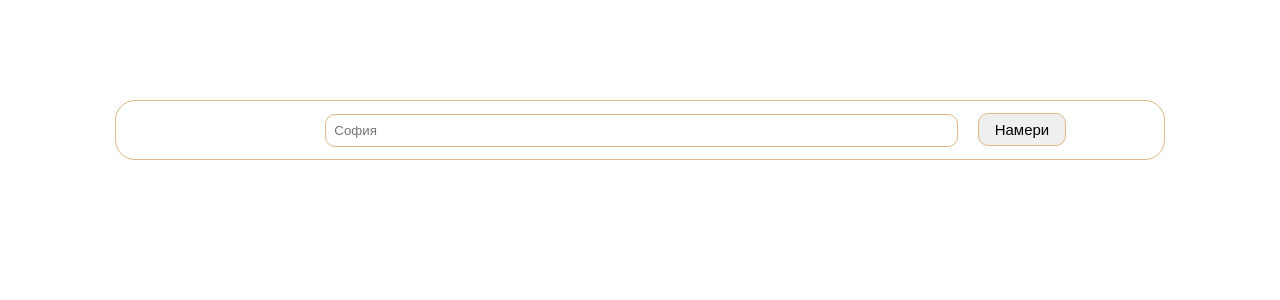
Repository: GeryZlatev/address-search
Page: /
An editor plug-in stored every save of this project. The page is shown before and after the next save, followed by the edit.
The browser window is 1280 px wide. The pictures show the whole page.
The project was rebuilt for these pictures with package versions that can differ from the ones it lists, and the page was loaded fresh each time.

Above is the page before, as saved 2021-04-09 21:20:06.

### public/index.html
<!DOCTYPE html>
<html lang="en">
  <head>
    <meta charset="utf-8" />
    <link rel="icon" href="%PUBLIC_URL%/favicon.ico" />
    <meta name="viewport" content="width=device-width, initial-scale=1" />
    <meta name="viewport" content="width=device-width, initial-scale=1.0">
    <meta name="theme-color" content="#000000" />
    <meta
      name="description"
      content="Web site created using create-react-app"
    />
    <link rel="apple-touch-icon" href="%PUBLIC_URL%/logo192.png" />
    <!--
      manifest.json provides metadata used when your web app is installed on a
      user's mobile device or desktop. See https://developers.google.com/web/fundamentals/web-app-manifest/
    -->
    <link rel="manifest" href="%PUBLIC_URL%/manifest.json" />
    <!--
      Notice the use of %PUBLIC_URL% in the tags above.
      It will be replaced with the URL of the `public` folder during the build.
      Only files inside the `public` folder can be referenced from the HTML.

      Unlike "/favicon.ico" or "favicon.ico", "%PUBLIC_URL%/favicon.ico" will
      work correctly both with client-side routing and a non-root public URL.
      Learn how to configure a non-root public URL by running `npm run build`.
    -->
    <title>React App</title>
  </head>
  <body>
    <noscript>You need to enable JavaScript to run this app.</noscript>
    <div id="root"></div>
    <!--
      This HTML file is a template.
      If you open it directly in the browser, you will see an empty page.

      You can add webfonts, meta tags, or analytics to this file.
      The build step will place the bundled scripts into the <body> tag.

      To begin the development, run `npm start` or `yarn start`.
      To create a production bundle, use `npm run build` or `yarn build`.
    -->
  </body>
</html>

### src/index.css

body {
margin: 100px auto;
/* background-image: url("https://www.brightwaterholidays.com/media/2078/independence-square-sofia_285063071.jpg");
background-repeat: no-repeat; */
}

code {
  font-family: source-code-pro, Menlo, Monaco, Consolas, 'Courier New',
    monospace;
}

### src/App.js

import './App.css';
import SearchBar from './components/SearchBar';

function App() {
  return (
    <div className="App">
      <SearchBar/>
    </div>
  );
}

export default App;

### src/App.css
.App {
  text-align: center;
  margin: 20px auto;

}

### src/components/SearchBar/SearchBar.js
import style from './SearchBar.module.css';

const SearchBar = () => {

    return (
        <div className={style["searchbar-wrapper"]}>
            <form className={style["search-form"]}>
                <label htmlFor="search">
                    Търсене
                </label>
                    <input
                    type="text"
                    autoComplete="true"
                    placeholder="София"
                    name="search"
                    id="search"
                    />

                <input
                    type="submit"
                    value="Намери"
                />
            </form>
        </div>
    )

}

export default SearchBar;

### src/components/SearchBar/SearchBar.module.css
.searchbar-wrapper {
    max-width: 80%;
    margin: 40px auto;
    padding: 12px;
    background: #;
    border: 1px solid burlywood;
    border-radius: 20px;

}

.search-form {
    max-width: 100%;
}

.search-form label {
    margin: 20px;
    font-size: larger;
    font-weight: bold;
    cursor: pointer;
    color: white;

}

.search-form input[type="text"] {
    min-width: 30%;
    width: 60%;
    min-height: 7%;
    margin-right: 20px;
    padding: 8px;
    outline: none;
    border: 1px solid burlywood;
    border-radius: 10px;
}

.search-form input[type="submit"] {
    font-size: 15px;
    font-weight: 100;
    padding: 7px 16px;
    border: 1px solid burlywood;
    border-radius: 10px;
    cursor: pointer;
}

.search-form input[type="submit"]:hover {
    background: transparent;
    color: white;
}

@media only screen and (max-width:620px) {
    .searchbar-wrapper {
    max-width: 90vh;
    padding: 20px 8px;
    background: #9DC9F5;
    opacity: 0.8;
    }

    .search-form {
    max-width: 75%;
    margin: 0px auto;
}

.search-form input[type="text"] {
    width: 100%;
    margin: 5px auto;
    /* background: #ACD1F6; */
}

.search-form input[type="submit"]  {
    display: block;
    width: 80%;
    margin: 0px auto;
    cursor: pointer;
}

.search-form input[type="submit"]:hover {
    border: 1px solid cornsilk;

}

.search-form label {
    font-size: x-large;
}
}

Loaded but not shown: src/index.js (common file); src/reportWebVitals.js (common file); src/components/SearchBar/index.js (common file)

After the next save:
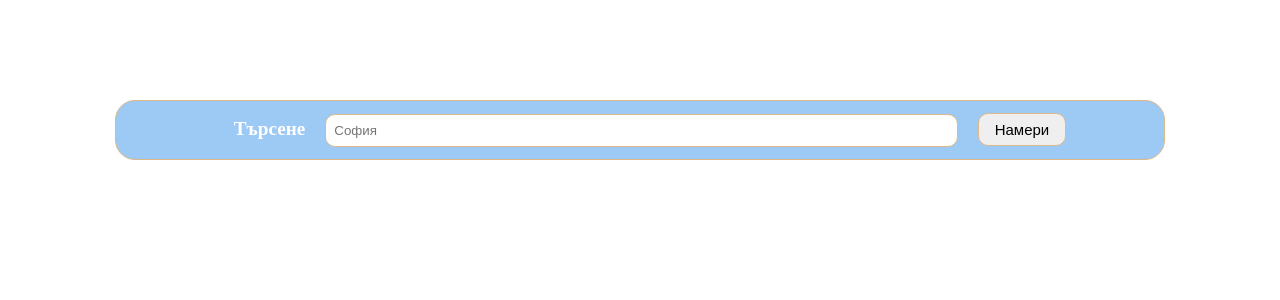
Saved 10 s later.
--- a/src/components/SearchBar/SearchBar.module.css
+++ b/src/components/SearchBar/SearchBar.module.css
@@ -2,7 +2,7 @@
     max-width: 80%;
     margin: 40px auto;
     padding: 12px;
-    background: #;
+    background: #9DC9F5;
     border: 1px solid burlywood;
     border-radius: 20px;
 
